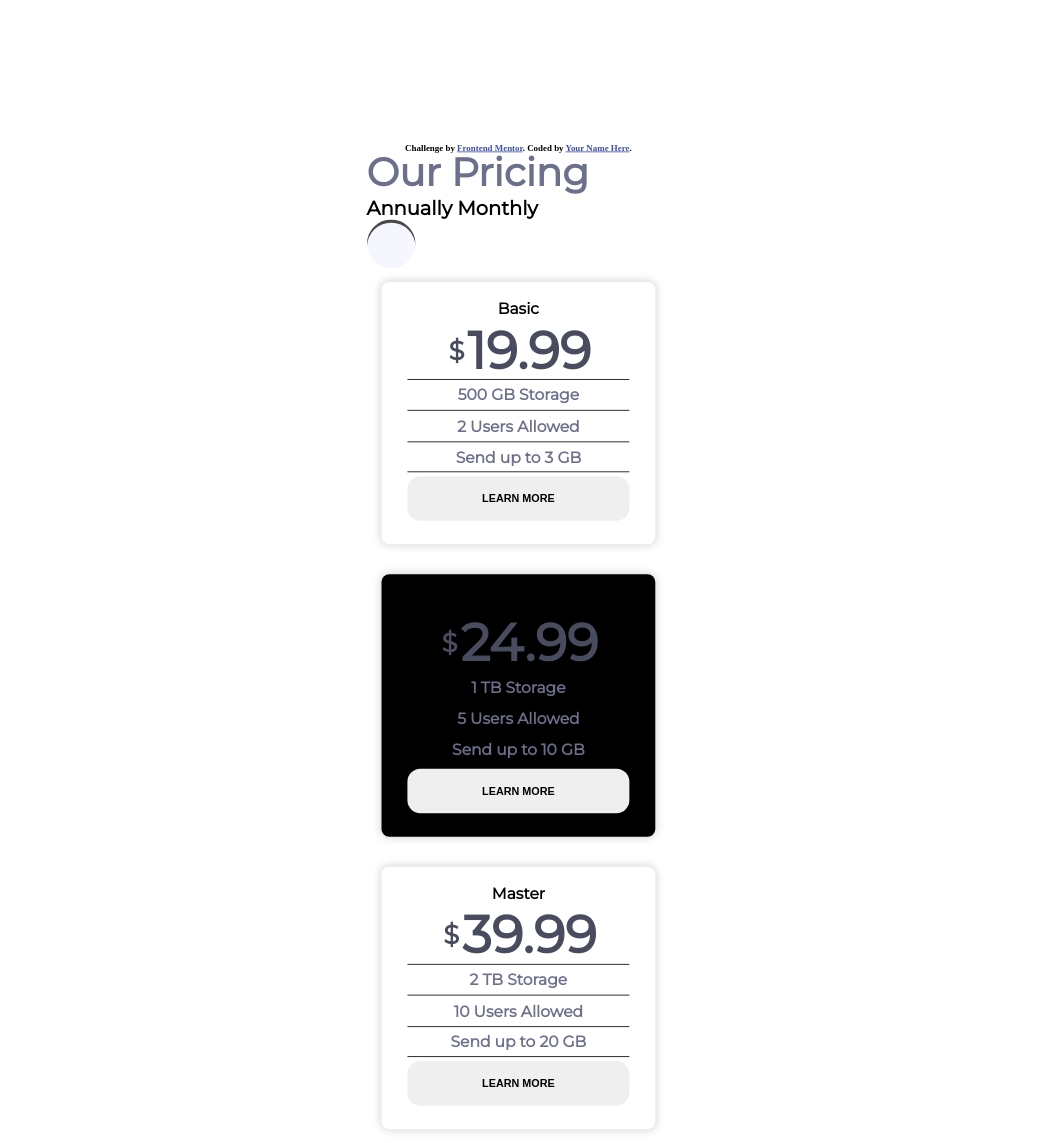
Repository: JuzzJoel/pricing-component-with-toggle-master
Page: index.html
An editor plug-in stored every save of this project. The page is shown before and after a run of saves, followed by the edit.
The browser window is 1280 px wide. The pictures show the whole page, at 81% of full size.

Above is the page before, as saved 2025-05-24 10:56:21.

After the next 3 saves:
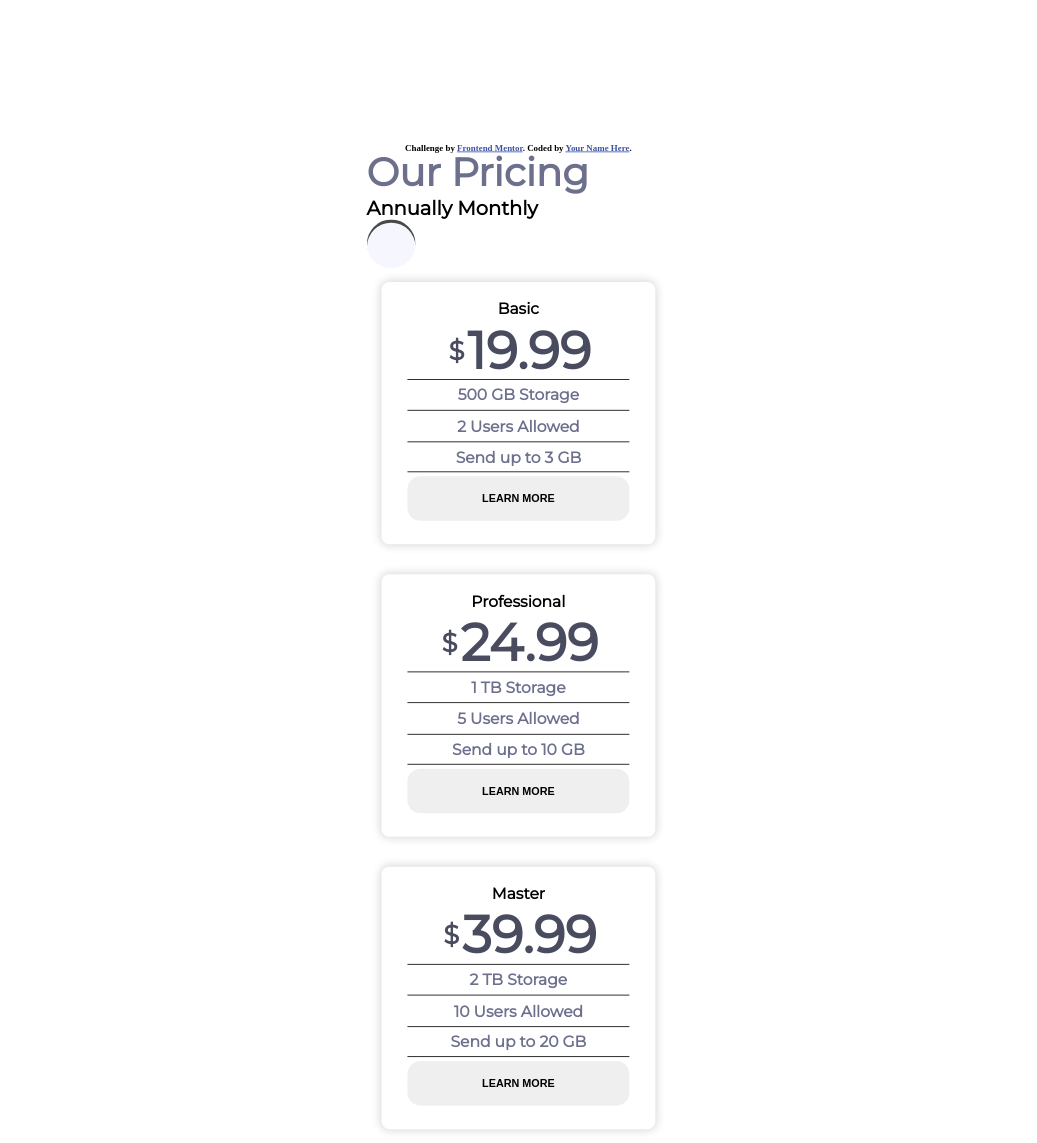
The 3 saves are shown as one change because they came seconds apart.
The last was saved 23 min 59 s later.
--- a/index.html
+++ b/index.html
@@ -125,7 +125,7 @@ font-size: 1.5rem;
     height: 30%;
    }
    .card-container:nth-child(2){
-  background: #000;
+  background: lin;
    }    .card{
           display: flex;
           flex-direction: column;
